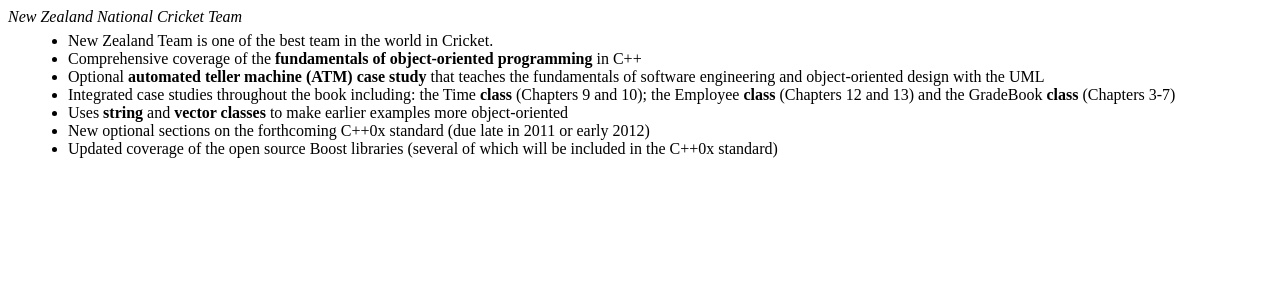
Repository: devanshudave1901/DevanshuDave_Sec002_ICE-05
Page: InfoFiles/newZealandCricket.html
These files come from the project's save history. The page is drawn as it stood at one moment and after the next save; the edit follows.
The browser window is 1280 px wide. The pictures show the whole page.

Above is the page before, as saved 2022-03-20 20:59:26.

After the next save:
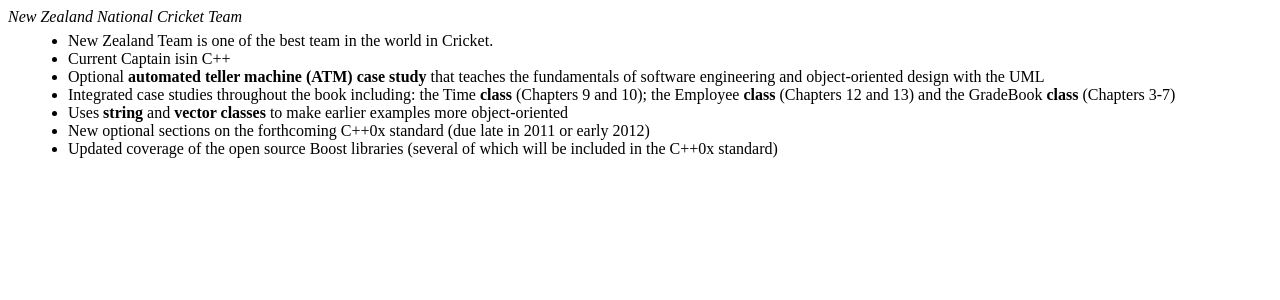
Saved 17 s later.
--- a/InfoFiles/newZealandCricket.html
+++ b/InfoFiles/newZealandCricket.html
@@ -8,7 +8,7 @@
 <body>
 <div>
 <i>New Zealand National Cricket Team</i><ul style="margin: 6px 0px 6px 20px; text-indent: 0pt;"> <li> New Zealand Team is one of the best team in the world in Cricket.
-<li >Comprehensive coverage of the <b >fundamentals of object-oriented programming </b>in C++</li
+<li >Current Captain is</b>in C++</li
 ><li >Optional <b >automated teller machine (ATM) case study </b>that teaches the fundamentals of software engineering and object-oriented design with the UML</li>
 <li>Integrated case studies throughout the book including: the Time <b >class </b>(Chapters 9 and 10); the Employee <b>class </b>(Chapters 12 and 13) and the GradeBook <b >class </b>(Chapters 3-7) </li>
 <li>Uses <b  >string </b>and <b>vector classes </b>to make earlier examples more object-oriented</li>
